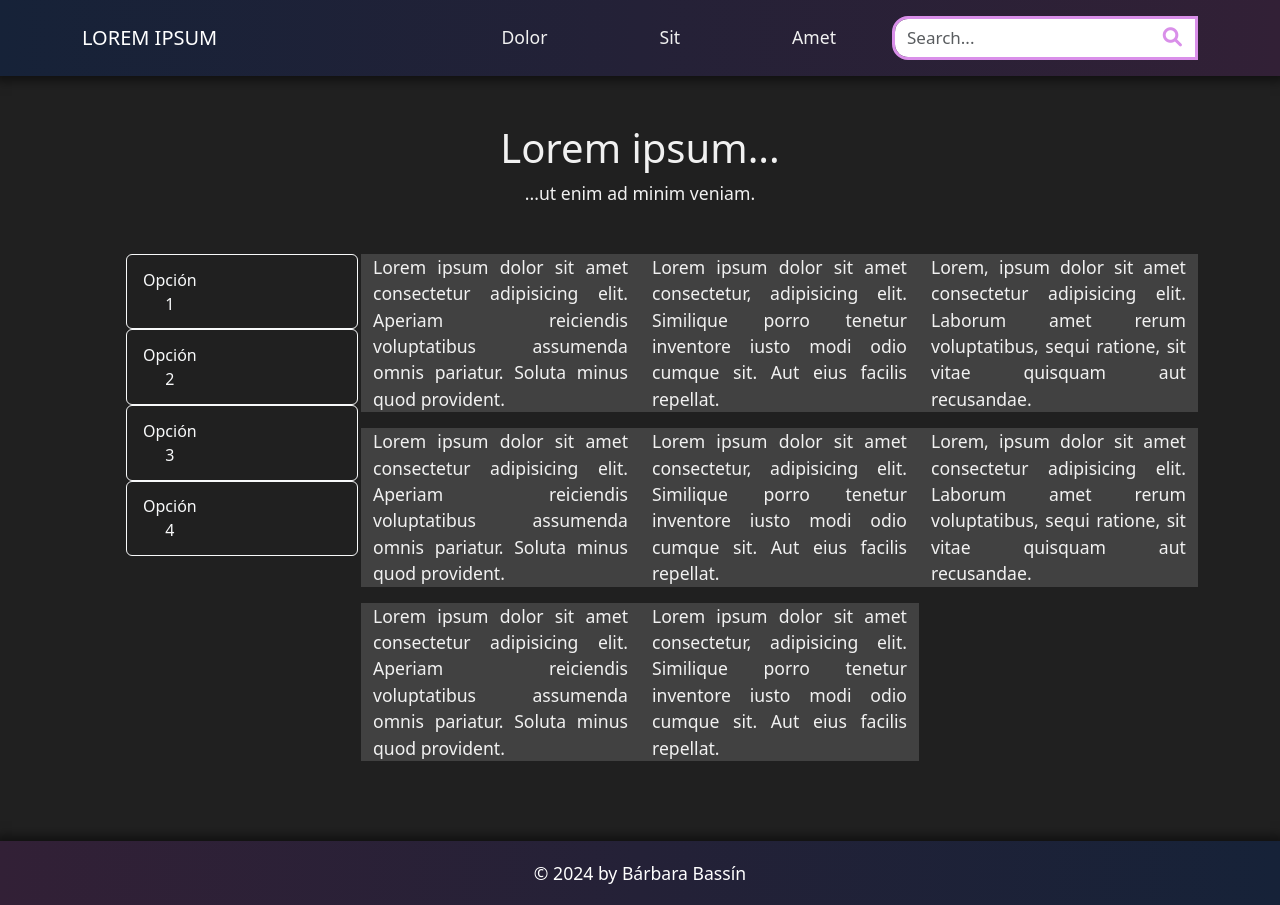
Repository: romancegirl/responsiveness
Page: index.html
An editor plug-in stored every save of this project. The page is shown before and after the next save, followed by the edit.
The browser window is 1280 px wide. The pictures show the whole page.

Above is the page before, as saved 2024-11-29 20:02:50.

### index.html
<!DOCTYPE html>
<html lang="en">

<head>
    <meta charset="UTF-8">
    <meta name="viewport" content="width=device-width, initial-scale=1.0">
    <title>Responsiveness - Bárbara Bassín</title>
    <link href="https://cdn.jsdelivr.net/npm/bootstrap@5.3.0/dist/css/bootstrap.min.css" rel="stylesheet">
    <link rel="stylesheet" href="https://cdnjs.cloudflare.com/ajax/libs/font-awesome/6.0.0-beta3/css/all.min.css">
    <link rel="stylesheet" href="css/header-and-footer.css">
    <link rel="stylesheet" href="css/styles.css">
</head>

<body>
    <!-- Header -->
    <header class="py-2">
        <div class="container d-flex align-items-center" id="profile">
            <h5 class="m-0">LOREM IPSUM</h5>
            <nav class="navbar navbar-expand-lg flex-grow-1">
                <button class="navbar-toggler" type="button" data-bs-toggle="collapse" data-bs-target="#navbarNav"
                    aria-controls="navbarNav" aria-expanded="false" aria-label="Toggle navigation">
                    <i class="fas fa-bars"></i>
                </button>
                <div class="collapse navbar-collapse" id="navbarNav">
                    <ul class="navbar-nav">
                        <li class="nav-item"><a class="nav-link">Dolor</a></li>
                        <li class="nav-item"><a class="nav-link">Sit</a></li>
                        <li class="nav-item"><a class="nav-link">Amet</a></li>
                        <div class="search-container">
                            <form action="/action_page.php">
                                <div class="input-group">
                                    <input type="text" class="form-control" placeholder="Search..." name="search">
                                    <button type="submit" class="btn">
                                        <i class="fa fa-search"></i>
                                    </button>
                                </div>
                            </form>
                        </div>
                    </ul>

                </div>
            </nav>
        </div>
    </header>



    <!-- Main -->
    <main class="container my-5">
        <div>
            <h1>Lorem ipsum...</h1>
            <div id="textCarousel" class="carousel slide" data-bs-ride="carousel" data-bs-interval="2000">
                <div class="carousel-inner">
                    <div class="carousel-item active">
                        <p>...olor sit amet, consectetur adipiscing elit...</p>
                    </div>
                    <div class="carousel-item">
                        <p>...sed do eiusmod tempor incididunt ut labore...</p>
                    </div>
                    <div class="carousel-item">
                        <p>...ut enim ad minim veniam.</p>
                    </div>
                </div>
            </div>
        </div>



        <div class="container inside">
            <div class="row">
                <div class="col-3">
                    <ul>
                        <li><button type="button" class="btn btn-outline-light">Opción 1</button></li>
                        <li><button type="button" class="btn btn-outline-light">Opción 2</button></li>
                        <li><button type="button" class="btn btn-outline-light">Opción 3</button></li>
                        <li><button type="button" class="btn btn-outline-light">Opción 4</button></li>
                    </ul>
                </div>
                <div class="col-9">
                    <div class="row">
                        <div class="col-6 col-md-4 paragraph"><div></div>Lorem ipsum dolor sit amet consectetur adipisicing elit.
                            Aperiam
                            reiciendis
                            voluptatibus assumenda omnis pariatur. Soluta minus quod provident.</div>
                        <div class="col-6 col-md-4 paragraph">Lorem ipsum dolor sit amet consectetur, adipisicing elit.
                            Similique porro
                            tenetur inventore iusto modi odio cumque sit. Aut eius facilis repellat.</div>
                        <div class="col-6 col-md-4 paragraph">Lorem, ipsum dolor sit amet consectetur adipisicing elit.
                            Laborum
                            amet rerum
                            voluptatibus, sequi ratione, sit vitae quisquam aut recusandae.</div>
                        <div class="col-6 col-md-4 paragraph">Lorem ipsum dolor sit amet consectetur adipisicing elit.
                            Aperiam
                            reiciendis
                            voluptatibus assumenda omnis pariatur. Soluta minus quod provident.</div>
                        <div class="col-6 col-md-4 paragraph">Lorem ipsum dolor sit amet consectetur, adipisicing elit.
                            Similique porro
                            tenetur inventore iusto modi odio cumque sit. Aut eius facilis repellat.</div>
                        <div class="col-6 col-md-4 paragraph">Lorem, ipsum dolor sit amet consectetur adipisicing elit.
                            Laborum
                            amet rerum
                            voluptatibus, sequi ratione, sit vitae quisquam aut recusandae.</div>
                        <div class="col-6 col-md-4 paragraph">Lorem ipsum dolor sit amet consectetur adipisicing elit.
                            Aperiam
                            reiciendis
                            voluptatibus assumenda omnis pariatur. Soluta minus quod provident.</div>
                        <div class="col-6 col-md-4 paragraph">Lorem ipsum dolor sit amet consectetur, adipisicing elit.
                            Similique porro
                            tenetur inventore iusto modi odio cumque sit. Aut eius facilis repellat.</div>
                    </div>
                </div>

            </div>


        </div>



    </main>

    <!-- Footer -->
    <footer class="bg-dark text-center py-2">
        <div>&copy; 2024 by Bárbara Bassín</div>
    </footer>
    <script src="js/script.js"></script>
    <script src="https://cdn.jsdelivr.net/npm/bootstrap@5.3.0/dist/js/bootstrap.bundle.min.js"></script>
</body>

</html>

### css/header-and-footer.css
header {
    background: linear-gradient(to right, #162238, #322036);
    color: #fff;
    position: relative;
    box-shadow: 0 0 10px 5px rgba(0, 0, 0, 0.5);
}

main {
    min-height: 70vh;
    padding-bottom: 1rem;
    box-sizing: border-box;
}

a.nav-link {
    color: #f1f1f1;
}

a.nav-link:hover {
    color: #f6c7de;
    transition: color 0.3s, text-shadow 0.3s;
    transform: scale(1.05);
}

.search-container {
    display: flex;
    justify-content: center;
    align-items: center;
    position: relative;
}

.input-group .form-control {
    padding-right: 2.5rem;
    font-size: 17px;
    border: 0.2rem solid #d98fe9;
    border-radius: 1rem;
}

.input-group .btn {
    position: absolute;
    right: 1rem;
        top: 50%;
    transform: translateY(-50%);
    background-color: transparent;
    border: none;
    padding: 0;
    cursor: pointer;
}

.input-group .btn .fa-search {
    color: #d98fe9;
    font-size: 1.2rem;
}

.navbar-nav .nav-item {
    margin: 0 3rem 0 3rem;
}


/* navbar-toggle */

.navbar-toggler {
    border-color: #fff;
}

.navbar-toggler .fas {
    color: #fff;
    /* Cambia el color del ícono */
}

.navbar-collapse {
    justify-content: flex-end;
}

.navbar-toggler:hover {
    cursor: pointer;
}

.navbar-toggler:focus {
    outline: none;
    box-shadow: none;
}

@media (max-width: 995px) {

    .navbar-collapse {
        display: none;
        position: absolute;
        top: 134%;
        left: -55px;
        width: 100%;
        z-index: 999;
        flex-direction: column-reverse;
        align-items: center;
    }

    .navbar-collapse.show {
        display: flex;
    }

    .navbar-nav {
        background: linear-gradient(to right, #162238d9, #322036e7);
        color: #fff;
        padding: 1.5rem;
        border-radius: 0 0 100px 100px;
        font-weight: bold;
        text-align: center;
    }

    .navbar-nav:hover {
        cursor: pointer;

    }

    a.nav-link:hover {
        color: #f6c7de;
        transition: color 0.3s, text-shadow 0.3s;
        transform: scale(1.05);
    }

    .navbar-nav .nav-item {
        margin: 10px 0;
    }

    .navbar a,
    .navbar input[type=text] {
        float: none;
        display: block;
        text-align: left;
        width: 100%;
        margin: 0;
        padding: 0.5rem;
    }

    .navbar .search-container {
        float: none;
    }

    .navbar a,
    .navbar input[type=text],
    .navbar .search-container button {
        float: none;
        display: block;
        text-align: left;
        width: 100%;
        margin: 0;
        padding: 0.2rem;
    }

    .navbar input[type=text] {
        border-radius: 0.2rem;
        border: 0.2rem solid #b556db98;
    }

}

footer {
    background: linear-gradient(to right, #322036, #162238);
    color: #fff;
    bottom: 0;
    min-height: 4rem;
    display: flex;
    justify-content: center;
    align-items: center;
    box-shadow: 0 0 10px 5px rgba(0, 0, 0, 0.5);
}

### css/styles.css
body {
    background-color: #202020;
    color: #f1f1f1;
    font-size: 110%;
}

/* Profile and resume */

.profile-photo {
    width: 250px;
    height: 250px;
    border: #a5c3ffcd;
    border-style: double;
    border-width: 5px;
    border-radius: 70px;
    display: flex;
    justify-content: center;
    align-items: center;
    overflow: hidden;
    /* Oculta cualquier parte de la imagen que se desborde */
    float: right;
}

/* titles */

h1 {
    text-align: center;
}

h2,
h3,
h4 {
    background: linear-gradient(#d98fe9, #5E91FA);
    -webkit-background-clip: text;
    background-clip: text;
    -webkit-text-fill-color: transparent;
}

h5 {
    margin: 0;
}

/* General */

#textCarousel {
    width: 40rem;
    margin: auto;
}

p {
    text-align: center;
}

.row {
    text-align: justify;
}

.paragraph {
margin-bottom: 1rem;
background-color: #414141;
}

.inside {
    margin-top: 2rem;
}

.btn-outline-light {
    padding: 0.8rem 10rem 0.8rem 1rem;
}

li {
    list-style: none;
}

/* Responsiveness */

.title-small,
.title-x-small {
    display: none;
}

@media screen and (max-width: 1400px) {

    .title-large,
    .title-x-small {
        display: none;
    }

    .title-small {
        display: block;
    }
}

@media screen and (max-width: 768px) {

    .title-large,
    .title-small {
        display: none;
    }

    .title-x-small {
        display: block;
        text-align: center;

    }

    #textCarousel {
        max-width: 90%; /* Usa un tamaño relativo en lugar de fijo */
    }
}

### js/script.js
document.addEventListener('click', function(event) {
    var navbar = document.querySelector('.navbar-collapse');
    var toggler = document.querySelector('.navbar-toggler');

    // Si el menú está abierto y se hace clic fuera de él, lo cierra
    if (navbar.classList.contains('show') && !navbar.contains(event.target) && !toggler.contains(event.target)) {
        var bsCollapse = new bootstrap.Collapse(navbar, {
            toggle: false
        });
        bsCollapse.hide();
    }
});

// Cerrar el menú automáticamente al hacer clic en cualquier enlace
var navLinks = document.querySelectorAll('.nav-link');
navLinks.forEach(function(link) {
    link.addEventListener('click', function() {
        var navbar = document.querySelector('.navbar-collapse');
        var bsCollapse = new bootstrap.Collapse(navbar, {
            toggle: false
        });
        bsCollapse.hide();
    });
});

After the next save:
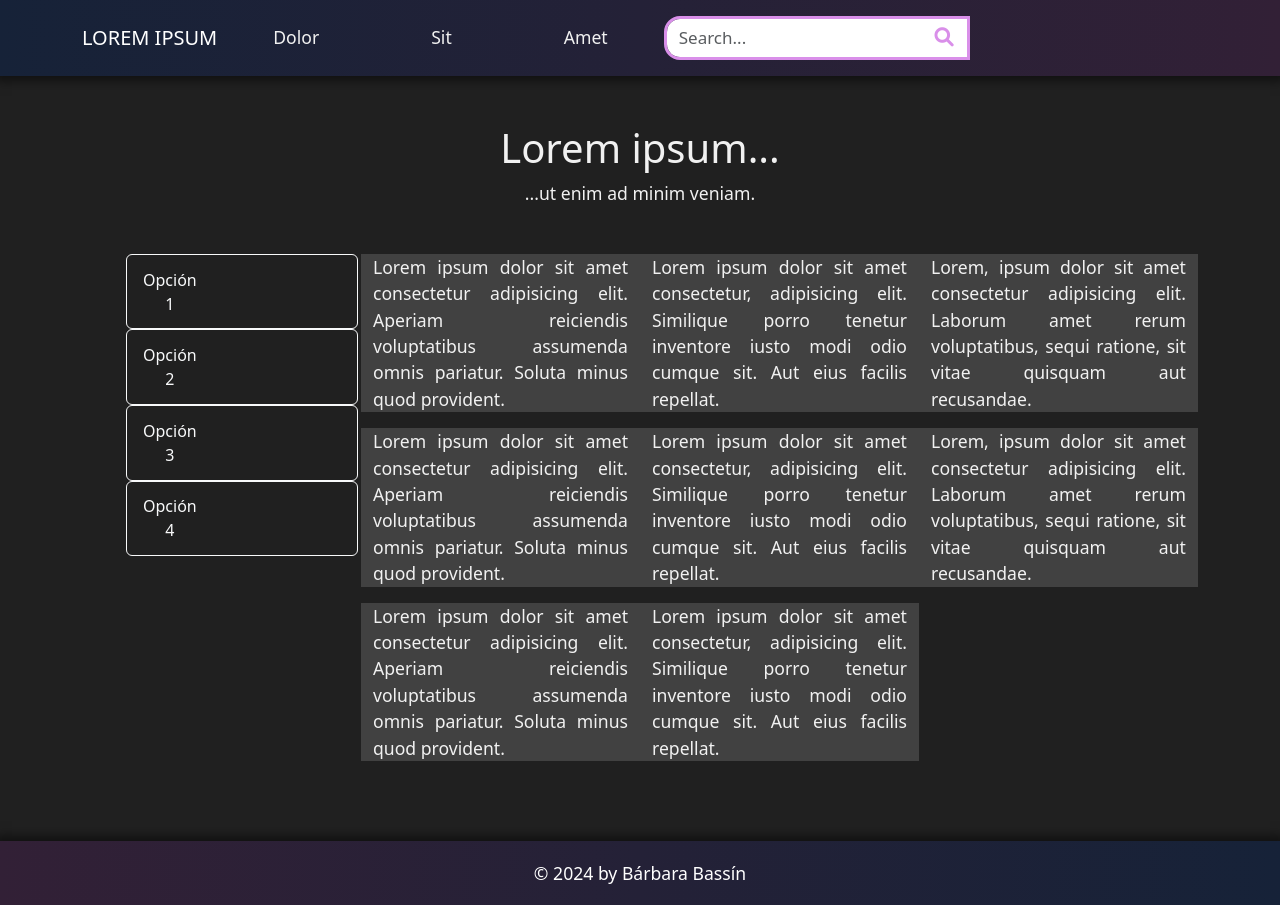
Saved 25 s later.
--- a/index.html
+++ b/index.html
@@ -16,7 +16,7 @@
     <header class="py-2">
         <div class="container d-flex align-items-center" id="profile">
             <h5 class="m-0">LOREM IPSUM</h5>
-            <nav class="navbar navbar-expand-lg flex-grow-1">
+            <nav class="navbar navbar-expand-lg justify-content-between">
                 <button class="navbar-toggler" type="button" data-bs-toggle="collapse" data-bs-target="#navbarNav"
                     aria-controls="navbarNav" aria-expanded="false" aria-label="Toggle navigation">
                     <i class="fas fa-bars"></i>

After the save that followed:
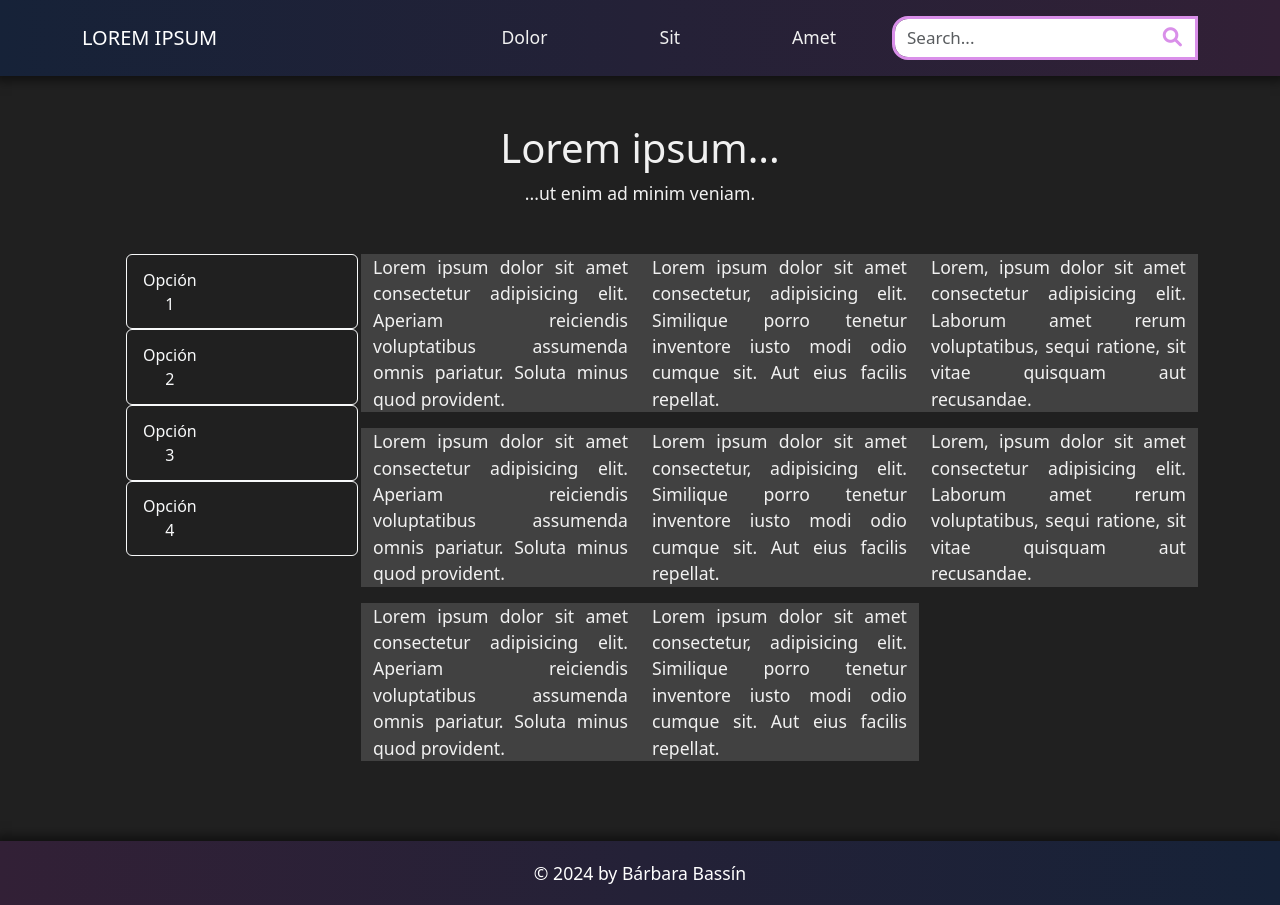
Saved 20 s later.
--- a/index.html
+++ b/index.html
@@ -14,9 +14,9 @@
 <body>
     <!-- Header -->
     <header class="py-2">
-        <div class="container d-flex align-items-center" id="profile">
+        <div class="container d-flex align-items-center justify-content-between" id="profile">
             <h5 class="m-0">LOREM IPSUM</h5>
-            <nav class="navbar navbar-expand-lg justify-content-between">
+            <nav class="navbar navbar-expand-lg">
                 <button class="navbar-toggler" type="button" data-bs-toggle="collapse" data-bs-target="#navbarNav"
                     aria-controls="navbarNav" aria-expanded="false" aria-label="Toggle navigation">
                     <i class="fas fa-bars"></i>
